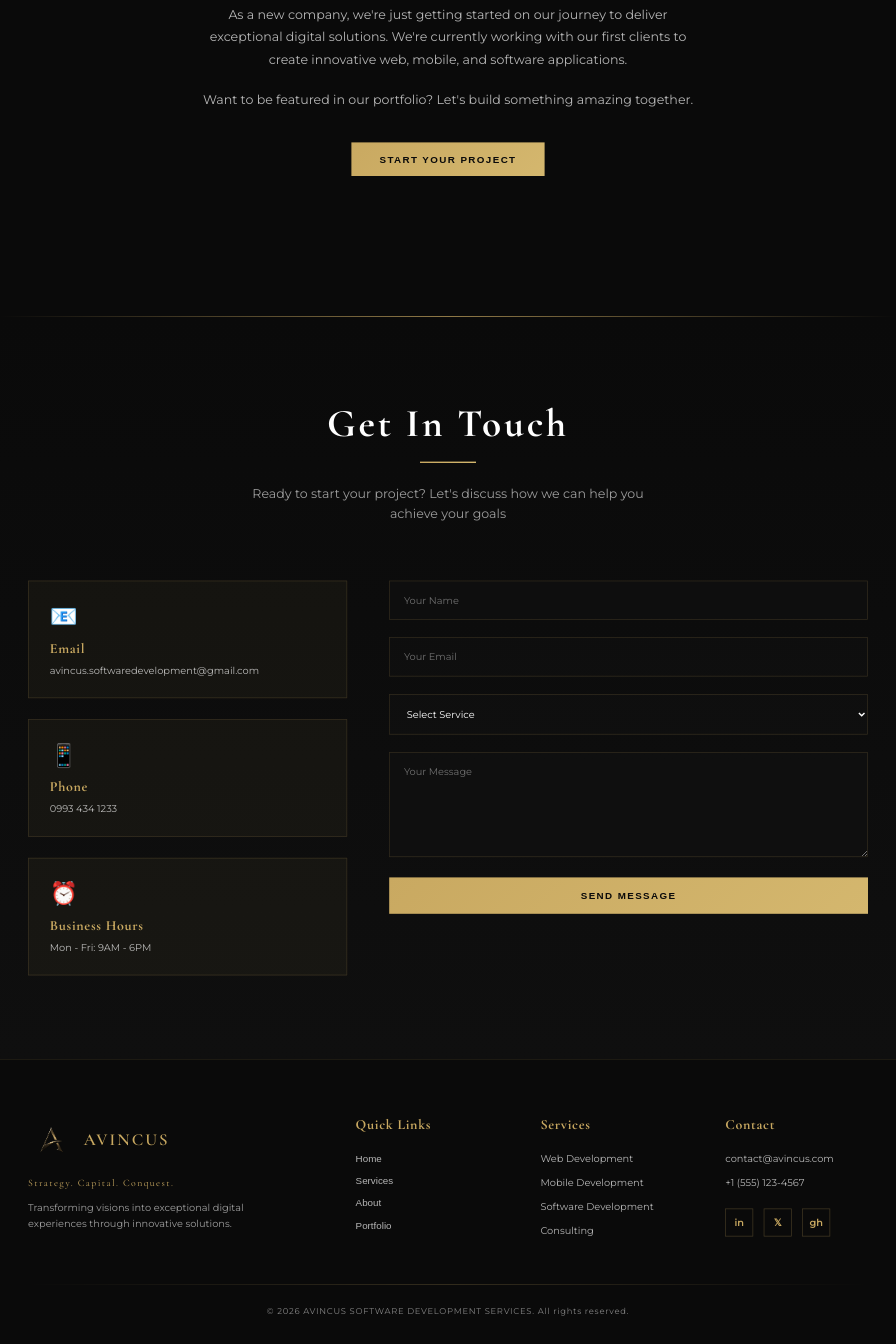
Repository: GiLLBaTesx/avincus-website
Page: /
These files come from the project's save history. The page is drawn as it stood at one moment and after the next save; the edit follows.
The browser window is 1280 px wide. The pictures show the part of the page from y = 3559 to 5479 px (the page is 5479 px tall), at 70% of full size.
The project was rebuilt for these pictures with package versions that can differ from the ones it lists, and the page was loaded fresh each time.

Above is the page before, as saved 2026-05-28 12:22:37.

After the next save:
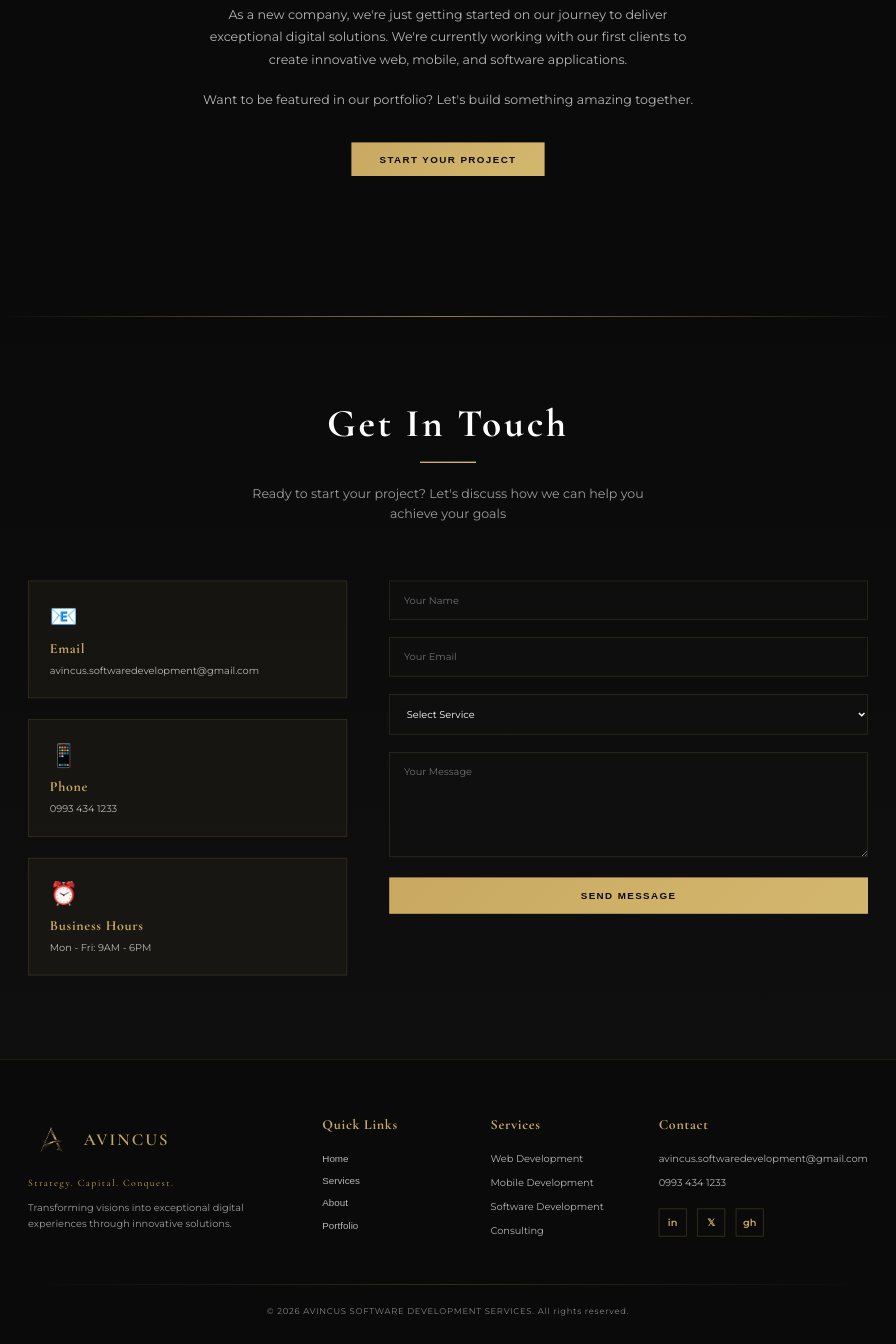
Saved 10 s later.
--- a/src/components/Footer.js
+++ b/src/components/Footer.js
@@ -42,8 +42,8 @@
 
           <div className="footer-contact">
             <h3>Contact</h3>
-            <p>contact@avincus.com</p>
-            <p>+1 (555) 123-4567</p>
+            <p>avincus.softwaredevelopment@gmail.com</p>
+            <p>0993 434 1233</p>
             <div className="footer-social">
               <a href="#" aria-label="LinkedIn">in</a>
               <a href="#" aria-label="Twitter">𝕏</a>
